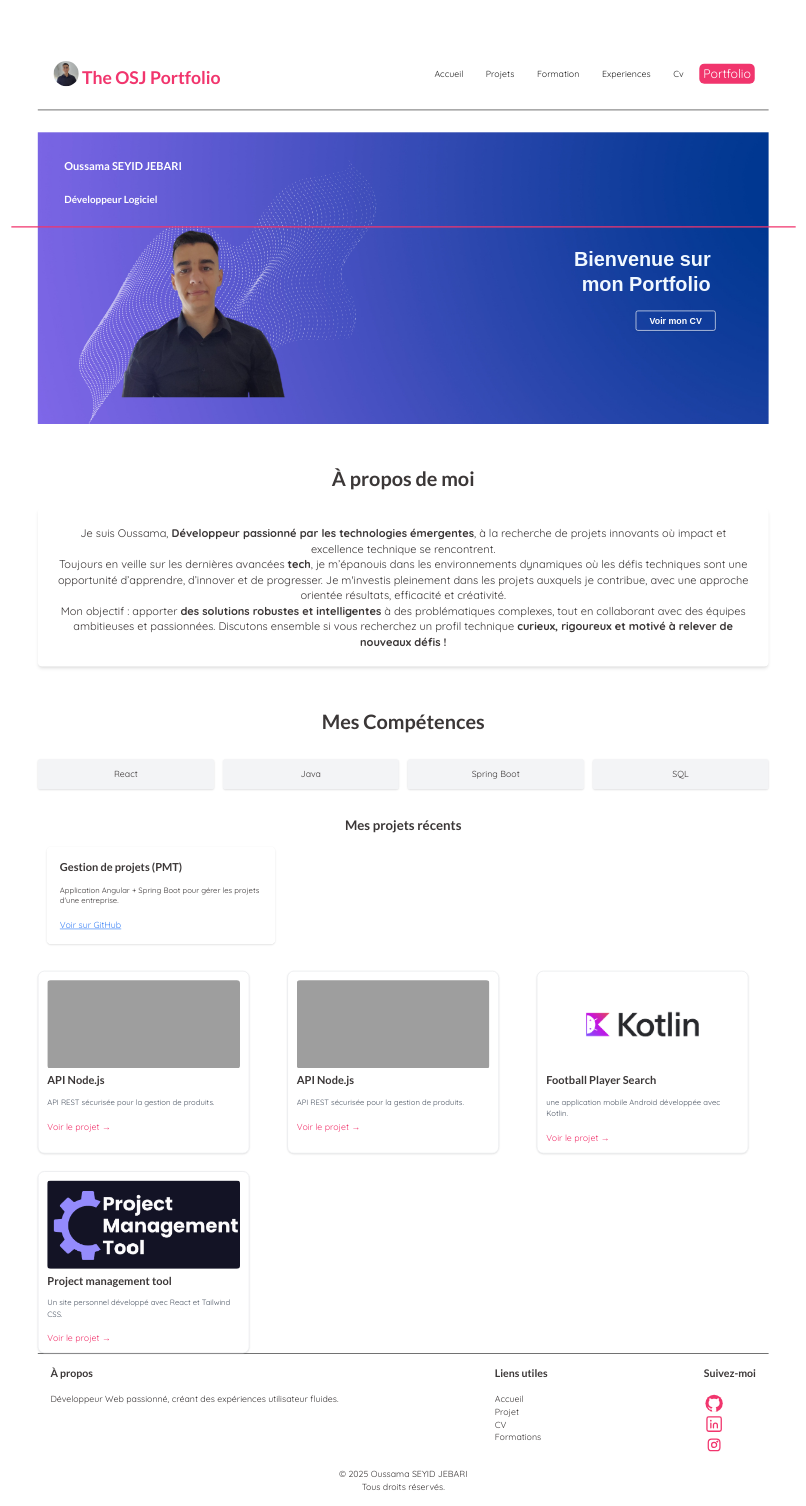
Repository: OussamSJ/Portfolio
Page: /
The author's editor kept a copy of each file at every save. The page is drawn from the files as they stood at one save, then again after the next save.
The browser window is 1280 px wide. The pictures show the whole page, at 63% of full size.
Pictures or frames that could not be fetched are drawn as grey boxes. The project was rebuilt for these pictures with package versions that can differ from the ones it lists, and the page was loaded fresh each time. Also part of the build but not shown: src/BlogList.js, src/projets/Projet.js, src/Cv.js, src/Expcomponent.js, src/Experiences.js, src/FormationComponent.js, src/Formation.js, src/projets/Projet1.js and 2 more.

Above is the page before, as saved 2025-07-28 15:21:51.

### public/index.html
<!DOCTYPE html>
<html lang="en">
  <head>
    <meta charset="utf-8" />
    <link rel="icon" href="%PUBLIC_URL%/Logo-Devloper.png" />
    <meta name="viewport" content="width=device-width, initial-scale=1" />
    <meta name="theme-color" content="#000000" />
    <meta
      name="description"
      content="Web site created using create-react-app"
    />
    <link rel="apple-touch-icon" href="%PUBLIC_URL%/logo192.png" />
    <!--
      manifest.json provides metadata used when your web app is installed on a
      user's mobile device or desktop. See https://developers.google.com/web/fundamentals/web-app-manifest/
    -->
    <link rel="manifest" href="%PUBLIC_URL%/manifest.json" />
    <!--
      Notice the use of %PUBLIC_URL% in the tags above.
      It will be replaced with the URL of the `public` folder during the build.
      Only files inside the `public` folder can be referenced from the HTML.

      Unlike "/favicon.ico" or "favicon.ico", "%PUBLIC_URL%/favicon.ico" will
      work correctly both with client-side routing and a non-root public URL.
      Learn how to configure a non-root public URL by running `npm run build`.
    -->
    <title>Portfolio App</title>
  </head>
  <body>
    <noscript>You need to enable JavaScript to run this app.</noscript>
    <div id="root"></div>
    <!--
      This HTML file is a template.
      If you open it directly in the browser, you will see an empty page.

      You can add webfonts, meta tags, or analytics to this file.
      The build step will place the bundled scripts into the <body> tag.

      To begin the development, run `npm start` or `yarn start`.
      To create a production bundle, use `npm run build` or `yarn build`.
    -->
  </body>
</html>

### src/index.js
import React from 'react';
import ReactDOM from 'react-dom/client';
import './index.css';
import App from './App';
import reportWebVitals from './reportWebVitals';
import 'semantic-ui-css/semantic.min.css'

const root = ReactDOM.createRoot(document.getElementById('root'));
root.render(
  <React.StrictMode>
    <App />
  </React.StrictMode>
);

// If you want to start measuring performance in your app, pass a function
// to log results (for example: reportWebVitals(console.log))
// or send to an analytics endpoint. Learn more: https://bit.ly/CRA-vitals
reportWebVitals();

### src/index.css
@import url('https://fonts.googleapis.com/css2?family=Quicksand:wght@300;400;500;600;700&display=swap');
@tailwind base;
@tailwind components;
@tailwind utilities;

/* base styles */
* {
  margin: 0;
  font-family: -apple-system, BlinkMacSystemFont, 'Segoe UI', 'Roboto', 'Oxygen',
    'Ubuntu', 'Cantarell', 'Fira Sans', 'Droid Sans', 'Helvetica Neue',
    sans-serif;
  -webkit-font-smoothing: antialiased;
  -moz-osx-font-smoothing: grayscale;
  font-family: "Quicksand";
  color: #3b3737;
}

code {
  font-family: source-code-pro, Menlo, Monaco, Consolas, 'Courier New',
    monospace;
}

.navbar {
  padding: 20px;
  display: flex;
  align-items: center;
  max-width: 1200px;
  margin: 0 auto;
  border-bottom: 1px solid #212020;

}

.navbar h1 {
  color: #f1356d;
}

.navbar .links {
  margin-left: auto;
}

.navbar a {
  margin-left: 16px;
  text-decoration: none;
  padding: 6px;
}

.navbar img {
  width: 40px;
  height: 40px;
  margin: 5px;
  object-fit: cover;
  /* remplit et rogne si besoin */
  border-radius: 50%;
  /* transforme le carré en cercle */
  display: block;
}

.navbar a:hover {
  color: #f1356d;
}


/* Responsive: cache les liens sur mobile */
.desktop-only {
  display: flex;
}

.mobile-toggle {
  display: none;
  margin-left: auto;
  cursor: pointer;
}

/* Responsive behavior */
/* Masque le menu desktop sur petits écrans */
@media (max-width: 768px) {
  .desktop-only {
    display: none !important;
  }

  .mobile-toggle {
    display: block !important;
    cursor: pointer;
  }
}


.content {
  max-width: 1200px;
  margin: 40px auto;
  padding: 20px;
}


.couverture {
  background-image:
    url("/public/couverture-portfolio.png");
  background-size: cover;
  /* couvre tout le conteneur sans déformation */
  background-position: center;
  /* centre l’image */
  background-repeat: no-repeat;
  /* pas de répétition */
  height: 100%;
  width: 100%;
  color: white;
  font-family: 'Orbitron', sans-serif;
  /* une police géométrique, proche de celle utilisée */
}



.couverture h1 {
  margin-top: 20px auto;
  margin-right: 50px;
  align-items: center;
  text-align: center;
  color: aliceblue;
  text-align: right;
  font-family: 'Agrandir Grand', sans-serif;
  /* une police futuriste */
}


.portfolio-footer {
  justify-content: space-between;
  display: flex;
  padding: 20px;
  border-top: 1px solid #212020;
}

.card-title {
  margin-bottom: 20px;

  padding: 0;
  font-size: 1.2rem;

}

.social-links a {
  list-style: none;
  all: unset;
  color: inherit;
  text-decoration: none;
  margin-left: auto;
  text-align: left;

}

.social-links img {
  width: 40%;
  height: 40%;
}


ul {
  list-style-type: none;
  padding: 0;
  margin: 0;

}

.social-links a:hover {
  color: #f1356d;
}

.footer-bottom {
  display: block;
  text-align: center;
}

ul li {
  text-align: left;

}



.not-found {
  justify-content: center;
  align-items: center;
  text-align: center;
  height: 50vh;
  margin-top: 200px;
  font-size: 3rem;
}


img-couverture {
  width: 100%;
  height: 100%;
  justify-content: flex-end;
  align-items: center;
  object-fit: fill;
  /* Remplit l'élément sans déformation */
  border-radius: 50%;
  /* Transforme le carré en cercle */
  display: flex;
}

### src/App.js
import React from 'react';
import { BrowserRouter, Routes, Route } from 'react-router-dom';
import Home from './Home';
import Navbar from './Navbar';
import Cv from './Cv';
import Footbar from './Footbar';
import Experiences from './Experiences';
import Formation from './Formation';
import ProjetDetail from './projets/ProjetDetail';
import Projet from './projets/Projet';
import Projet1 from './projets/Projet1';
import ProjetFootballPlayerSearch from './projets/ProjetFootballPlayerSearch';

function App() {
  return (
    <BrowserRouter>
      <div className="App">
        <div className='content'>
          <Routes>
            <Route path="/" element={<Home />} />
            <Route path="/cv" element={<Cv />} />
            <Route path="/experiences-professionnelle" element={<div ><Navbar /> <Experiences /><Footbar /></div>} />
            <Route path="/formation" element={<div ><Navbar /> <Formation /><Footbar /></div>} />
            <Route path="/projet" element={<div ><Navbar /> <Projet /><Footbar /></div>} />

           <Route path="/projet/:id" element={<div><Navbar /><ProjetDetail /><Footbar /></div>} />
            <Route path="*" element={
              <div >
                <Navbar />
                <h1 className='not-found' >Page introuvable</h1>
                <Footbar />
              </div>
            } />
          </Routes>
        </div>
      </div>
    </BrowserRouter>
  );
}

export default App;

### src/Home.js
import { useEffect, useState } from "react";

import BlogList from "./BlogList";
import Navbar from "./Navbar";
import Footbar from "./Footbar";
import ProjetComponent from "./projets/ProjetComponent";
import { projets } from "./projets/Projet";



const Home = () => {
  const [blogs, setBlogs] = useState([
    { title: 'My new website', body: 'lorem ipsum...', author: 'mario', id: 1 },
    { title: 'Welcome party!', body: 'lorem ipsum...', author: 'yoshi', id: 2 },
    { title: 'Web dev top tips', body: 'lorem ipsum...', author: 'mario', id: 3 }
  ])

  const handleDelete = (id) => {
    const newBlogs = blogs.filter(blog => blog.id !== id);
    setBlogs(newBlogs);
  }


  useEffect(() => {
    console.log('use effect ran');
    console.log(blogs);
  })

  return (
    <div className="Home">
      <Navbar />
      {/* Couverture */}
      <div className="couverture flex items-center mt-10 justify-between text-white p-12 flex-wrap">

        {/* Partie gauche */}
        <div className="flex flex-col items-start space-y-4 max-w-md w-max h-max">
          <h3 className="text-xl text-white font-semibold">Oussama SEYID JEBARI</h3>
          <h3 className="text-lg text-white">Développeur Logiciel</h3>
          <div className="w-200 h-200 mt-4 ml-20 ">
            <img src="oussama_img.png" alt="photo_de_profil" className="rounded-lg object-cover w-full h-full" />
          </div>
        </div>

        {/* Partie droite */}
        <div className="text-right max-w-md mt-10 md:mt-30">
          <h1 className="text-4xl text-white font-bold mb-6 leading-tight">
            Bienvenue sur <br /> mon Portfolio</h1>
          <button className="bg-transparent text-white font-bold py-2 px-6 mr-12 rounded shadow border border-white
          hover:bg-white hover:text-blue-800 transition-colors duration-300 relative">
            Voir mon CV
          </button>
        </div>
      </div>




      <h2 className="text-4xl font-bold mb-8 text-center mt-20 ">À propos de moi</h2>
       <div className="absolute top-1/2 left-5 right-5 h-0.5 bg-primary transform -translate-y-1/2 z-0 hidden sm:block" />
      <section className="bg-white text-gray-800 p-8 rounded-lg shadow-md my-8 w-full h-full mx-auto text-center">
        <p className="text-xl mb-6">
          Je suis Oussama,  <strong>Développeur passionné par les technologies émergentes</strong>, à la recherche de projets innovants où impact et excellence technique se rencontrent.<br />
          Toujours en veille sur les dernières avancées <strong>tech</strong>, je m’épanouis dans les environnements dynamiques où les défis techniques sont une opportunité d’apprendre, d’innover et de progresser.
          Je m'investis pleinement dans les projets auxquels je contribue, avec une approche orientée résultats, efficacité et créativité.<br />
          Mon objectif : apporter <strong>des solutions robustes et intelligentes</strong> à des problématiques complexes, tout en collaborant avec des équipes ambitieuses et passionnées.

          Discutons ensemble si vous recherchez un profil technique <strong>curieux, rigoureux et motivé à relever de nouveaux défis !</strong>
        </p>
      </section>

      <h2 className="text-4xl font-bold mb-4 text-center mt-20 ">Mes Compétences</h2>
      <section className="my-12 ">
        <div className="grid grid-cols-2 md:grid-cols-4 gap-4 text-center">
          <div className="p-4 bg-gray-100 rounded shadow">React</div>
          <div className="p-4 bg-gray-100 rounded shadow">Java</div>
          <div className="p-4 bg-gray-100 rounded shadow">Spring Boot</div>
          <div className="p-4 bg-gray-100 rounded shadow">SQL</div>

        </div>
      </section>

      <section className="my-12 px-4">
        <h2 className="text-2xl font-bold text-center mb-6">Mes projets récents</h2>
        <div className="grid grid-cols-1 md:grid-cols-2 lg:grid-cols-3 gap-6">
          <div className="bg-white p-6 rounded-lg shadow">
            <h3 className="text-xl font-semibold">Gestion de projets (PMT)</h3>
            <p className="text-sm mt-2">Application Angular + Spring Boot pour gérer les projets d'une entreprise.</p>
            <a href="https://github.com/OussamSJ/Angular-PMT-FrontEnd" target="_blank" className="text-blue-500 underline mt-2 inline-block">Voir sur GitHub</a>
          </div>
          {/* Répète pour d'autres projets */}
        </div>
      </section>

      {/*   Projets */}
      <div className="relative z-10 grid grid-cols-1 sm:grid-cols-2 lg:grid-cols-3 gap-8">
        {projets
          .sort(() => Math.random() - 0.5)
          .map((pr, index) => (
            <ProjetComponent key={index} index={index} {...pr} />
          ))}
      </div>



      <Footbar />
    </div>
  );
}

export default Home;

### src/Navbar.js

import React, { Component } from 'react';
import { Menu, MenuItem, MenuMenu, Icon, Sidebar } from 'semantic-ui-react';

class Navbar extends Component {

  state = {
    activeItem: 'home',
    sidebarVisible: false,
  };

  handleItemClick = (e, { name }) => this.setState({ activeItem: name });

  toggleSidebar = () => {
    this.setState(prev => ({ sidebarVisible: !prev.sidebarVisible }));
  };

  render() {
    const { activeItem, sidebarVisible } = this.state;

    return (
      <>
        {/* Navbar  */}
        <nav className="navbar">
          <img src="/photo-portfolio.jpg" alt="logo" className="logo" />
          <h1>The OSJ Portfolio</h1>
          <div className="mobile-toggle" onClick={this.toggleSidebar}>
            <Icon name="bars" size="large" />
          </div>
          <div className="links desktop-only">
            <Menu secondary>
              <MenuItem name='accueil' active={activeItem === 'accueil'} onClick={this.handleItemClick} as="a" href="/" />
              <MenuItem name='projets' active={activeItem === 'projets'} onClick={this.handleItemClick} as="a" href="/projet" />
              <MenuItem name='formation' active={activeItem === 'formation'} onClick={this.handleItemClick} as="a" href="/formation" />
              <MenuItem name='expériences' active={activeItem === 'expériences'} onClick={this.handleItemClick} as="a" href="/experiences-professionnelle" />
              <MenuItem name='cv' active={activeItem === 'cv'} onClick={this.handleItemClick} as="a" href="/cv" />
              <MenuMenu position='right'>
                <MenuItem
                  name='portfolio'
                  active={activeItem === 'portfolio'}
                  onClick={this.handleItemClick}
                  as="a"
                  href="/"
                  style={{
                    color: 'white',
                    fontSize: '1.4em',
                    backgroundColor: '#f1356d',
                    borderRadius: '8px',
                    padding: '6px',
                  }}
                />
              </MenuMenu>
            </Menu>
          </div>
        </nav>

        {/* Sidebar pour mobile */}
        <Sidebar
          as={Menu}
          animation='overlay'
          icon='labeled'
          inverted
          vertical
          visible={sidebarVisible}
          width='thin'
          direction='right'
          style={{ backgroundColor: '#3b3737'}}
          onHide={this.toggleSidebar}

        >
          <MenuItem as="a" href="/" onClick={this.toggleSidebar}>Accueil</MenuItem>
          <MenuItem as="a" href="/projet" onClick={this.toggleSidebar}>Projets</MenuItem>
          <MenuItem as="a" href="/formation" onClick={this.toggleSidebar}>Formation</MenuItem>
          <MenuItem as="a" href="/experiences-professionnelle" onClick={this.toggleSidebar}>Expériences</MenuItem>
          <MenuItem as="a" href="/cv" onClick={this.toggleSidebar}>CV</MenuItem>
          <MenuItem as="a" href="/" onClick={this.toggleSidebar} style={{ backgroundColor: '#f1356d', color: 'white', borderRadius: '8px' }}>Portfolio</MenuItem>
        </Sidebar>

      </>
    );
  }
}

export default Navbar;

### src/Footbar.js
import { color } from "framer-motion";

const Footbar = () => {
  return (
    <div className="footbar">
      {/* footbar  */}
      <footer className="portfolio-footer">

      <div className="card-deck">
        <div className="card">
        <div className="card-body">
          <h4 className="card-title">À propos</h4>
          <p className="card-text">Développeur Web passionné, créant des expériences utilisateur fluides.</p>
        </div>
        </div>
      </div>

      <div className="card-deck">
        <div className="card">
        <div className="card-body">
          <h4 className="card-title">Liens utiles</h4>
          <ul className="social-links" style={{ color: '#3b3737'}}>

          <li><a href="/">Accueil</a></li>
          <li><a href="/projet">Projet</a></li>
          <li><a href="/cv">CV</a></li>
          <li><a href="/formation">Formations</a></li>

          </ul>
        </div>
        </div>
      </div>

      <div className="card-deck">
        <div className="card">
        <div className="card-body">
          <h4 className="card-title">Suivez-moi</h4>
          <ul className="social-links">
          <li><a href="https://github.com/OussamSJ"> <img src="/github.svg" alt="GitHub"></img></a></li>
          <li><a href="https://www.linkedin.com/in/oussama-sj/"> <img src="/linkedin.svg" alt="LinkedIn"></img></a></li>
          <li><a href="https://www.instagram.com/oussama.sj/"> <img  src="/instagram.svg" alt="Instagram"></img></a></li>
          </ul>
        </div>
        </div>
      </div>

      </footer>
      <div className="footer-bottom">
      <p>© 2025 Oussama SEYID JEBARI <br /> Tous droits réservés.</p>
      </div>

    </div>

    );
}

export default Footbar;

### src/projets/ProjetComponent.js
import { Link } from 'react-router-dom';

export default function ProjetComponent({ id, titre,  image, description, description_longue }) {



  return (
    <div className="border rounded-xl shadow p-4 max-w-sm">
    <img src={image} alt={titre} className="w-full h-40 object-cover rounded-md" />
    <h3 className="text-xl font-bold mt-2">{titre}</h3>
    <p className="text-sm text-gray-600">{description}</p>
    <Link to={`/projet/${id}`} className="text-[#f1356d] mt-2 inline-block">
      Voir le projet →
    </Link>
  </div>
  );
}

### tailwind.config.js
/** @type {import('tailwindcss').Config} */
module.exports = {
  content: [  "./src/**/*.{js,ts,jsx,tsx}",],
  theme: {
    extend: {
      colors: {
        primary: '#f1356d', // Exemple
      },
    },
  },
  plugins: [],
}

Loaded but not shown: src/reportWebVitals.js (common file)

After the next save:
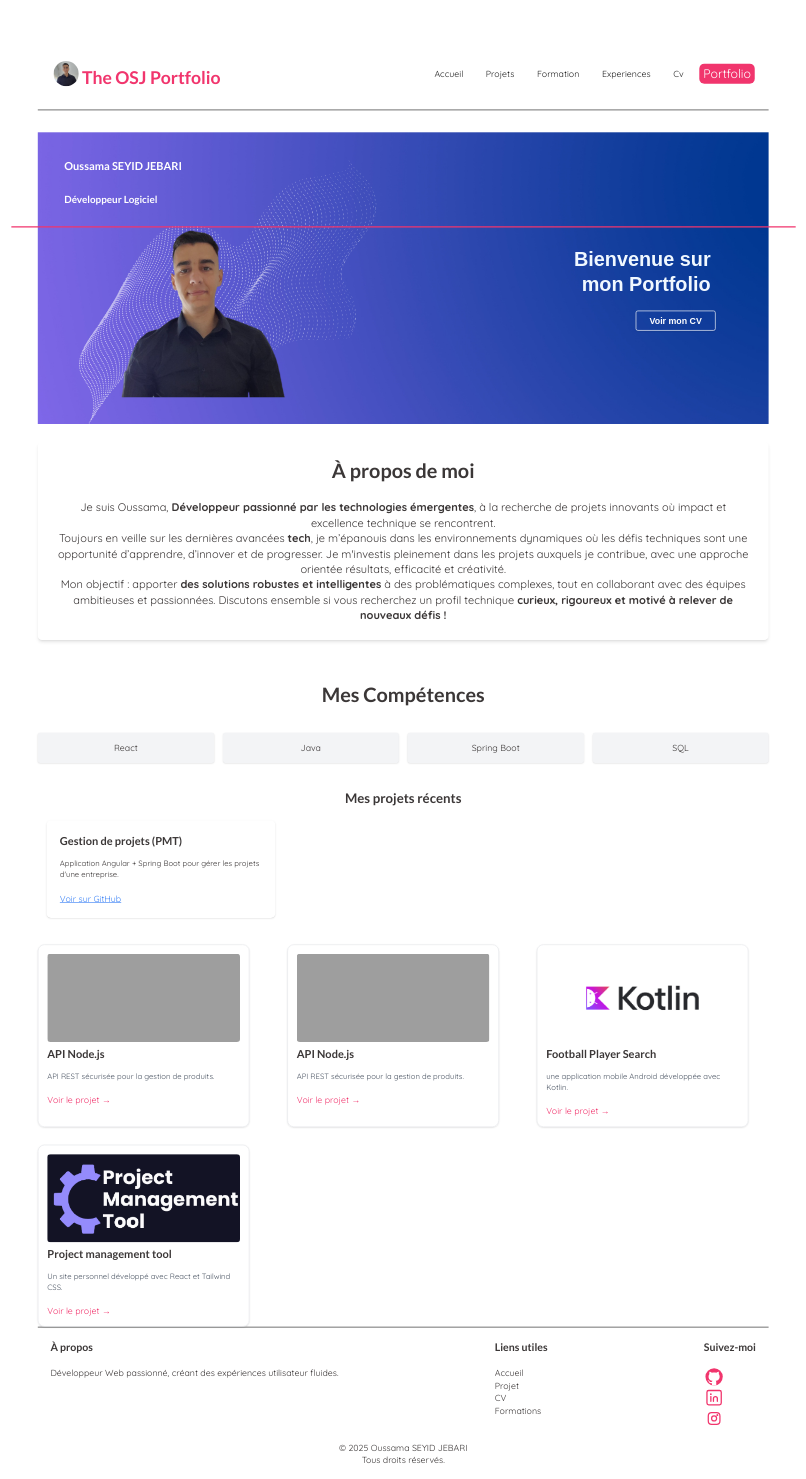
Saved 94 s later.
--- a/src/Home.js
+++ b/src/Home.js
@@ -55,9 +55,10 @@
 
 
 
+
+      <section className="bg-white text-gray-800 p-8 rounded-lg shadow-md my-8 w-full h-full mx-auto text-center">
       <h2 className="text-4xl font-bold mb-8 text-center mt-20 ">À propos de moi</h2>
        <div className="absolute top-1/2 left-5 right-5 h-0.5 bg-primary transform -translate-y-1/2 z-0 hidden sm:block" />
-      <section className="bg-white text-gray-800 p-8 rounded-lg shadow-md my-8 w-full h-full mx-auto text-center">
         <p className="text-xl mb-6">
           Je suis Oussama,  <strong>Développeur passionné par les technologies émergentes</strong>, à la recherche de projets innovants où impact et excellence technique se rencontrent.<br />
           Toujours en veille sur les dernières avancées <strong>tech</strong>, je m’épanouis dans les environnements dynamiques où les défis techniques sont une opportunité d’apprendre, d’innover et de progresser.
